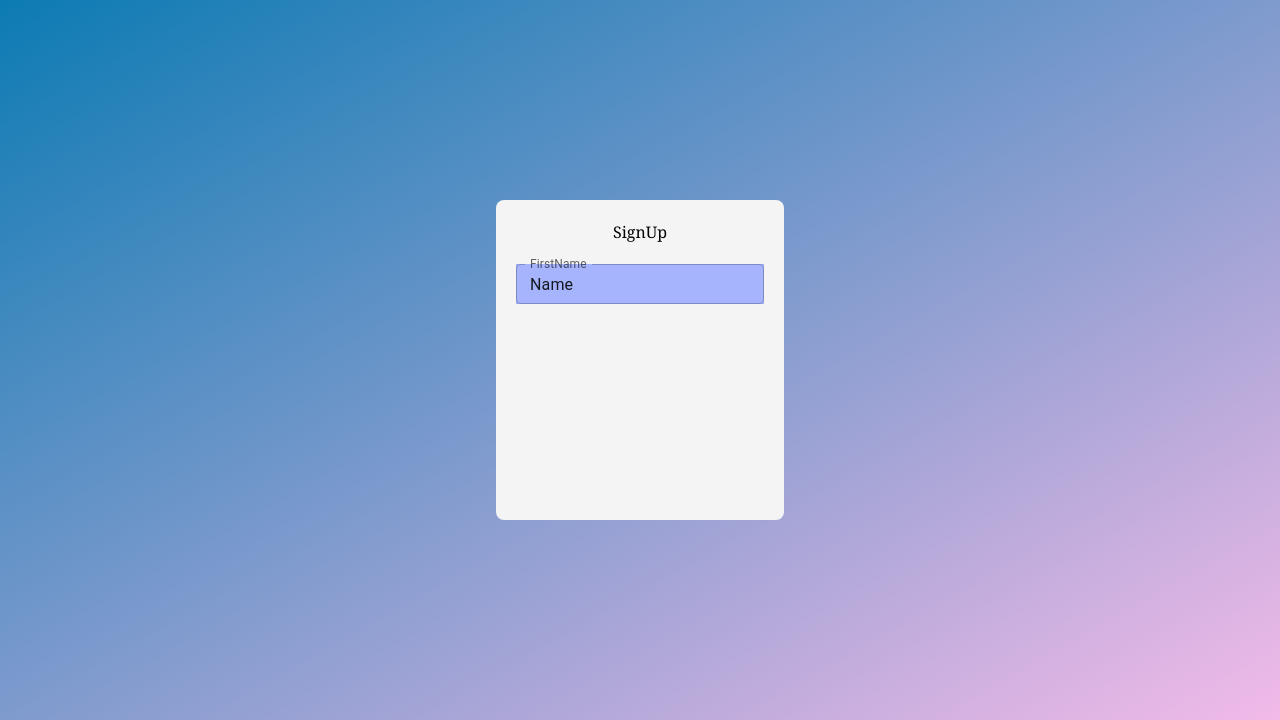
Repository: dhanapal2205/sazsfinance
Page: /SignUp
The author's editor kept a copy of each file at every save. The page is drawn from the files as they stood at one save, then again after the next save.
The browser window is 1280 px wide. The pictures show the whole page.
The project was rebuilt for these pictures with package versions that can differ from the ones it lists, and the page was loaded fresh each time. The framework's server and built-in components were replaced by stand-ins that run in the browser. Also part of the build but not shown: next.config.js.

Above is the page before, as saved 2023-04-07 11:33:51.

### pages/SignUp.js
import { TextField } from '@mui/material'
import React from 'react'

const SignUp = () => {
  return (
    <div className=' bg-gradient-to-tl from-[#F2BAE8]  to-[#0C7BB3]  h-screen flex'>

     <div className=' w-72 h-80 bg-zinc-100  rounded-lg m-auto justify-center'>
      <div className='place-items-center flex flex-col space-y-5 mt-5 ' >
        <p className='font-sans md:font-serif ' > SignUp</p>
<TextField className='bg-indigo-300 hover:bg-white place-content-center ' label="FirstName"
          id="outlined-size-small"
          defaultValue="Name"
          margin="dense"
          color="info"
          size="small"  />


      </div>

     </div>

      </div>



  )
}

export default SignUp

Loaded but not shown: pages/_app.js (common file); pages/_document.js (common file); styles/globals.css (common file); tailwind.config.js (common file)

After the next save:
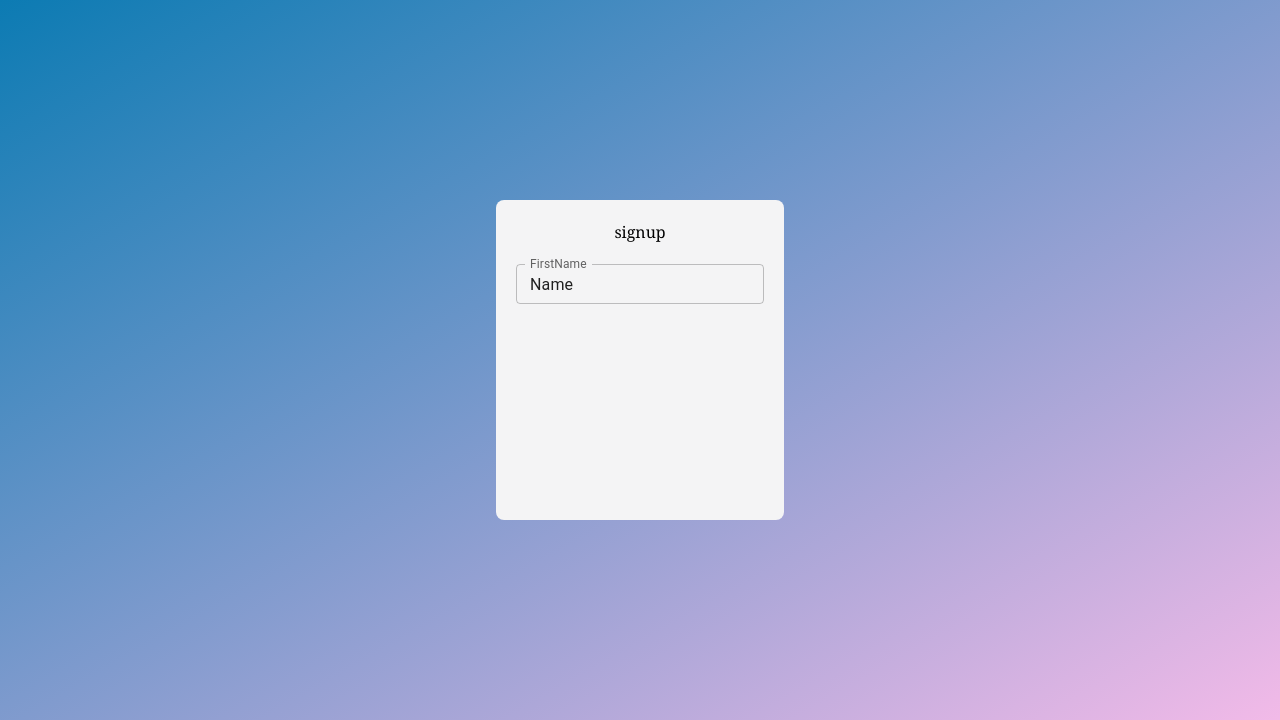
Saved 16 min 49 s later.
--- a/pages/SignUp.js
+++ b/pages/SignUp.js
@@ -7,8 +7,8 @@ const SignUp = () => {
 
      <div className=' w-72 h-80 bg-zinc-100  rounded-lg m-auto justify-center'>
       <div className='place-items-center flex flex-col space-y-5 mt-5 ' >
-        <p className='font-sans md:font-serif ' > SignUp</p>
-<TextField className='bg-indigo-300 hover:bg-white place-content-center ' label="FirstName"
+        <p className='font-sans md:font-serif ' > signup</p>
+<TextField className='bg- hover:bg-white place-content-center ' label="FirstName"
           id="outlined-size-small"
           defaultValue="Name"
           margin="dense"
